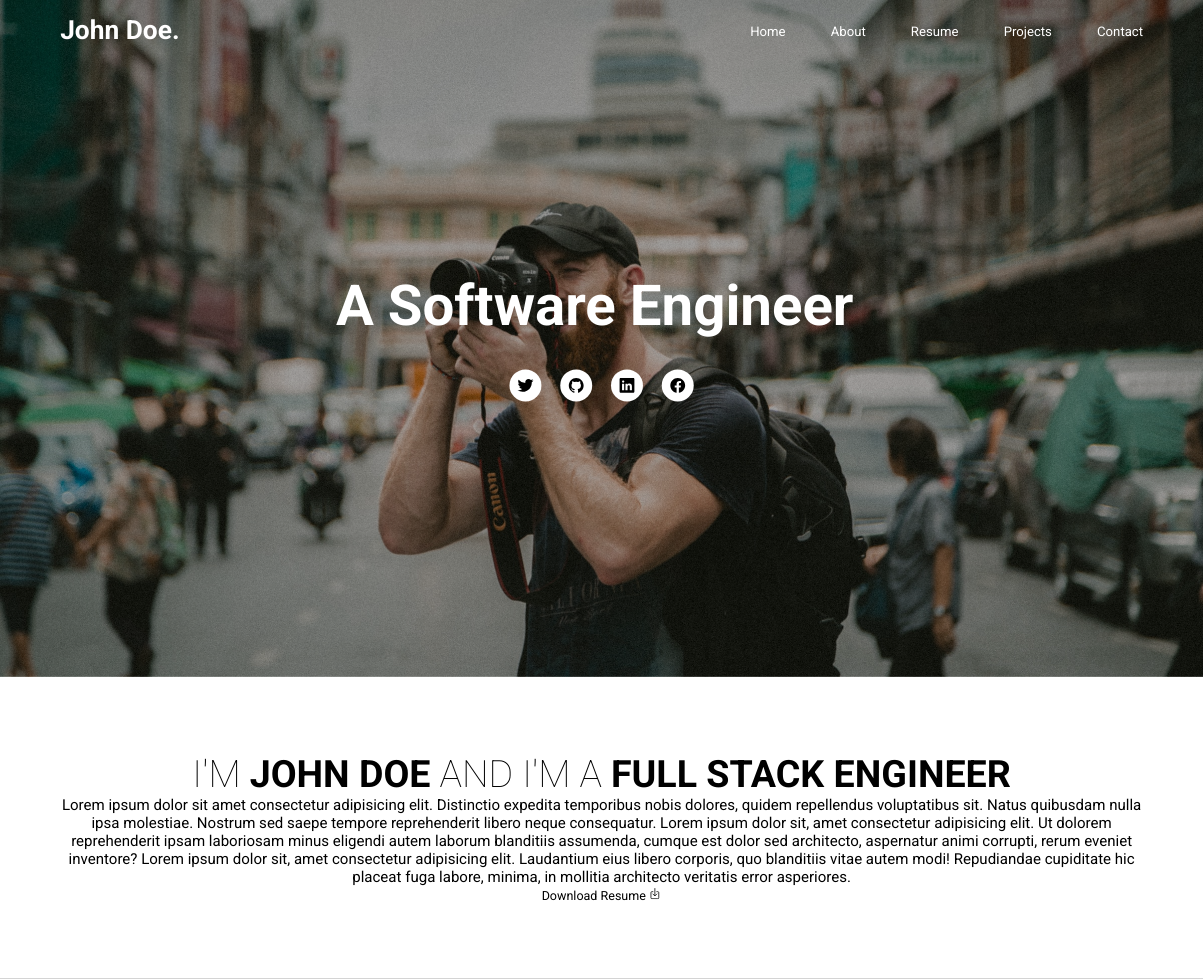
Repository: DevAntonioRogers/portfolio-tutorial
Page: index.html
An editor plug-in stored every save of this project. The page is shown before and after the next save, followed by the edit.
The browser window is 1280 px wide. The pictures show the whole page, at 94% of full size.
Backgrounds fixed to the window are drawn as part of the page.

Above is the page before, as saved 2023-10-31 23:26:52.

After the next save:
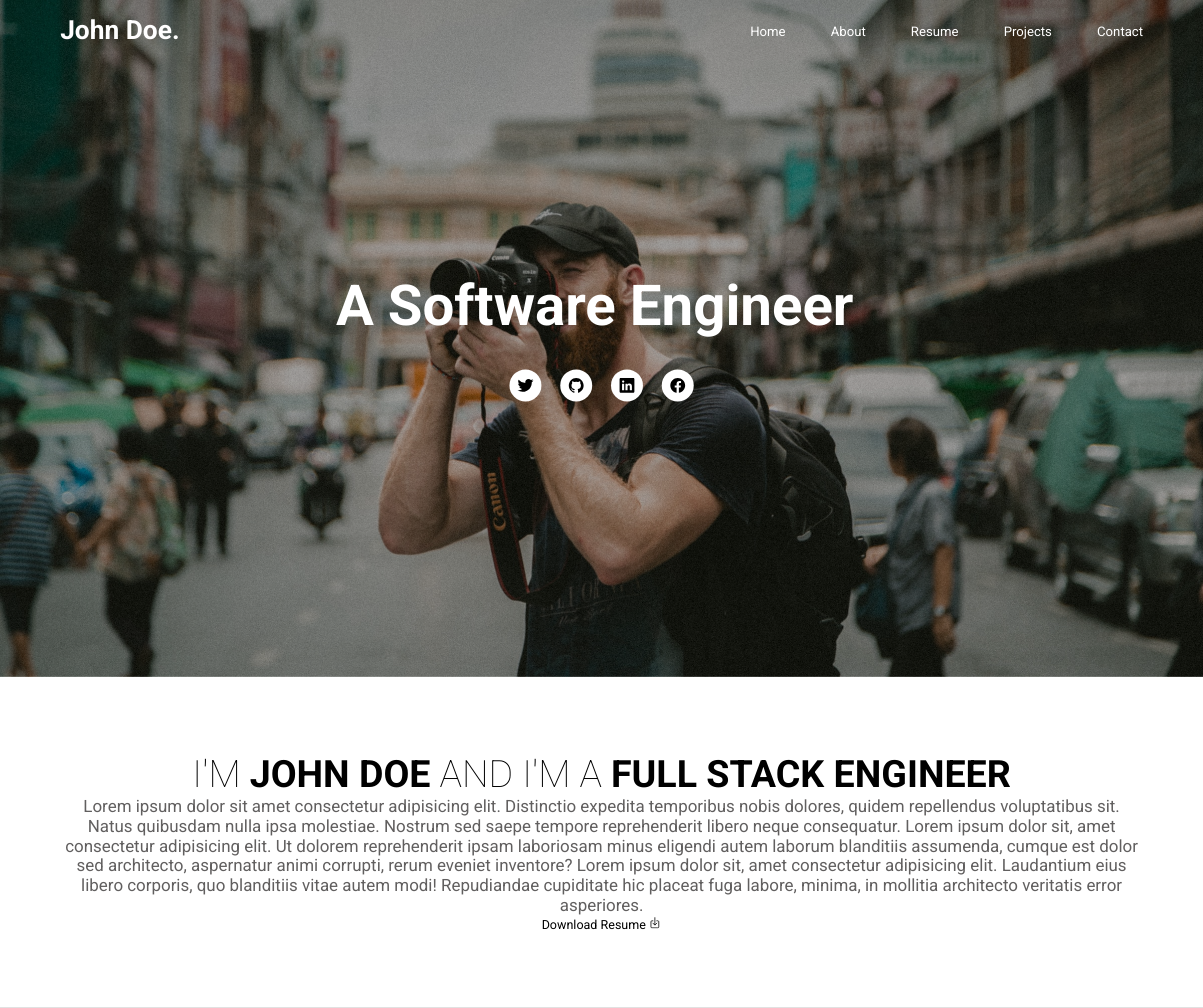
Saved 52 s later.
--- a/styles/about.css
+++ b/styles/about.css
@@ -8,3 +8,8 @@
   font-size: 40px;
   text-transform: uppercase;
 }
+
+.about p {
+  font-size: 18px;
+  color: rgb(97, 95, 95);
+}
